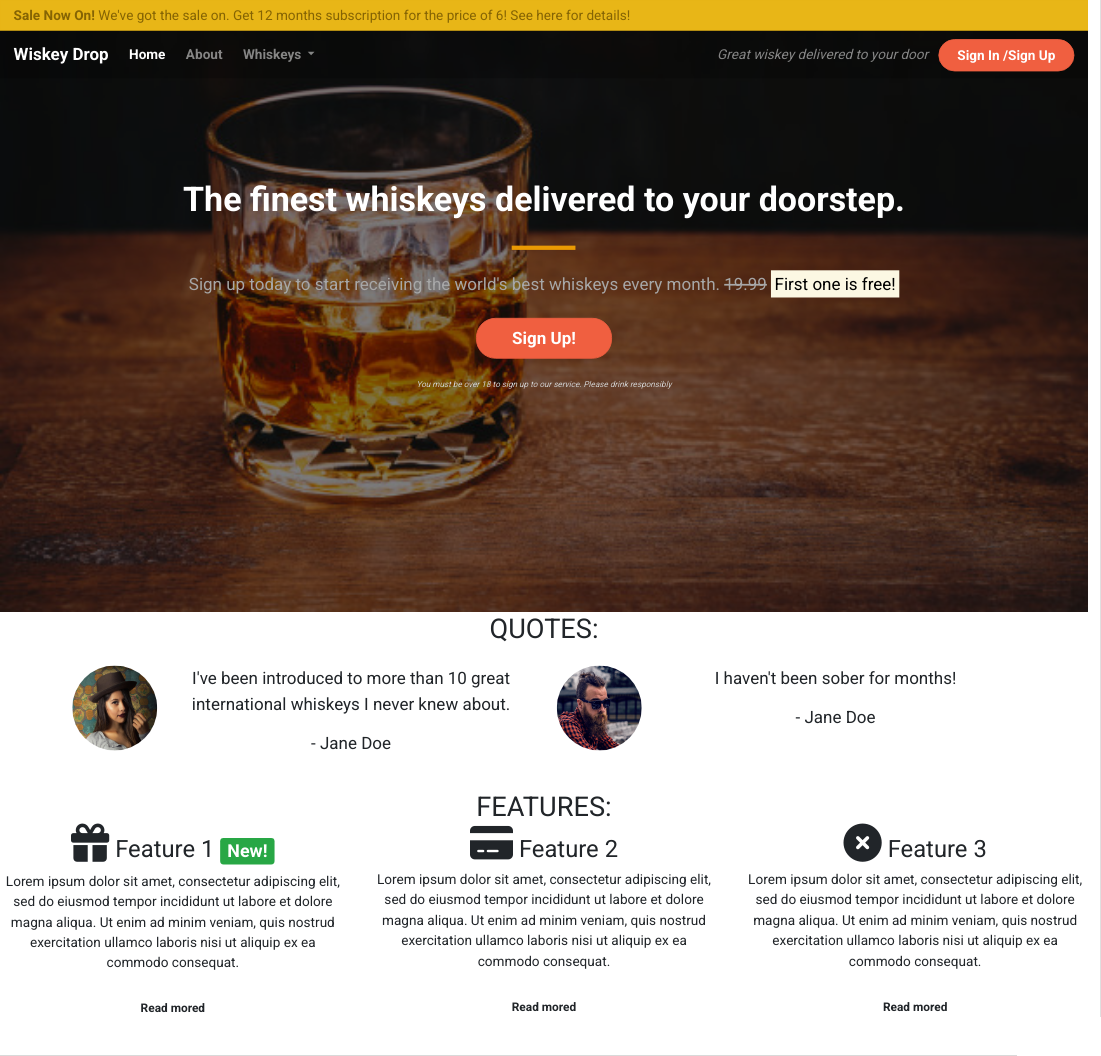
Repository: manub7/bootstrap4-mobile-first
Page: index.html
The author's editor kept a record of every edit. The page is drawn from the files as they stood at one moment, then again after the next edit.
The browser window is 1280 px wide. The page is 1295 px wide, then 1280 px, so the pictures cover 1295 px, including what lies to the right of the window. The pictures show the whole page, at 85% of full size.
Backgrounds fixed to the window are drawn as part of the page. Some web libraries are served in a nearby version.

Above is the page before.

After the next edit:
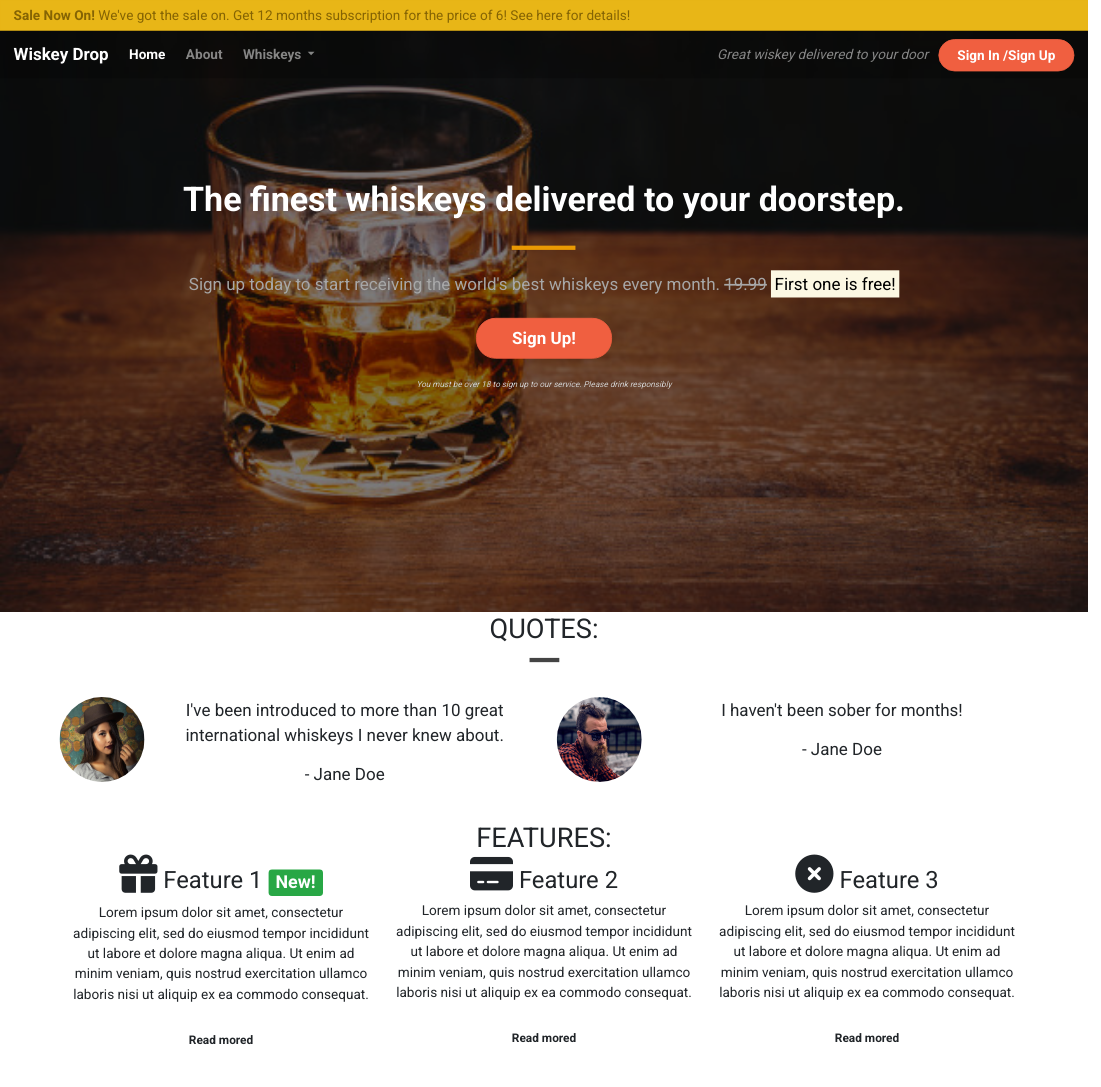
The edit:
--- a/index.html
+++ b/index.html
@@ -87,6 +87,7 @@
             <div class="row">
                 <div class="col-12 page-header">
                     <h2 class="text-uppercase">Quotes:</h2>
+                    <hr class=" block-divider block-divider--short "
                 </div>
             </div>
             <div class="row">
